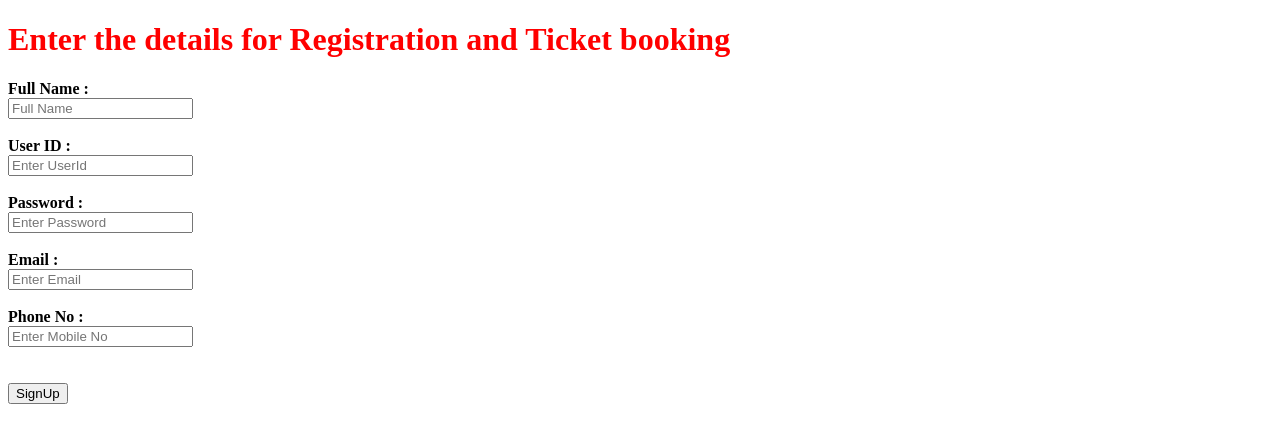
Repository: Shivani2392/FlyAwayProject
Page: http://localhost/FlightBookingPortal/UserResgistrationPage.jsp
The author's editor kept a copy of each file at every save. The page is drawn from the files as they stood at one save, then again after the next save.
The browser window is 1280 px wide. The pictures show the whole page.
The page is served by Tomcat 9.

Above is the page before, as saved 2020-11-19 13:45:43.

After the next save:
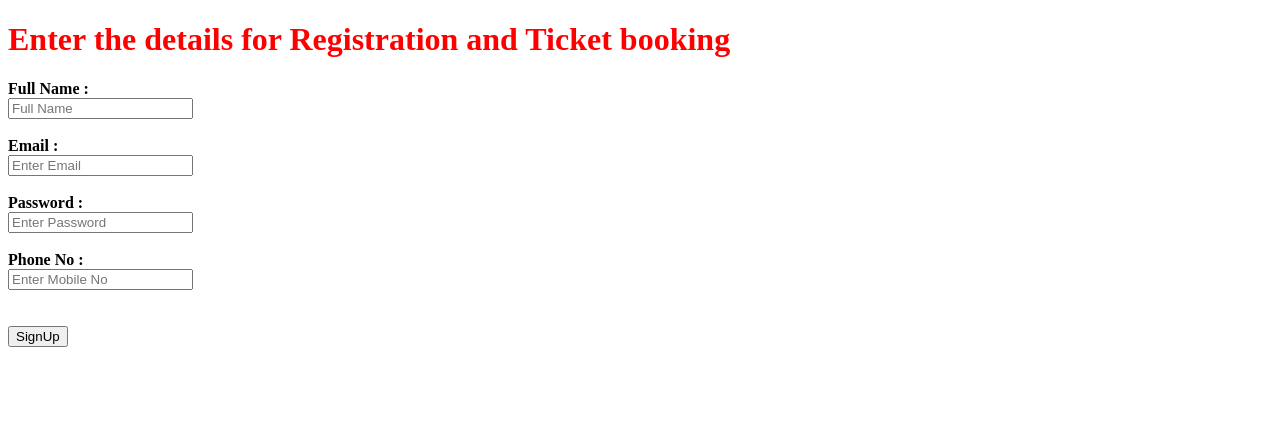
Saved 34 s later.
--- a/FlightBookingPortal/src/main/webapp/UserResgistrationPage.jsp
+++ b/FlightBookingPortal/src/main/webapp/UserResgistrationPage.jsp
@@ -12,14 +12,11 @@
       <label for="uname"><b>Full Name : </b></label><br>
       <input type="text" placeholder="Full Name" name="uname" required>
       <br><br>
-      <label for="id"><b>User ID : 	</b></label><br>
-      <input type="text" placeholder="Enter UserId" name="id" required>
+      <label for="mail"><b>Email : 	</b></label><br>
+      <input type="email" placeholder="Enter Email" name="mail" required>
       <br><br>
       <label for="psw"><b>Password : 	</b></label><br>
       <input type="password" placeholder="Enter Password" name="psw" required>
-      <br><br>
-      <label for="mail"><b>Email : 	</b></label><br>
-      <input type="email" placeholder="Enter Email" name="mail" required>
       <br><br>
       <label for="Add"><b>Phone No : 	</b></label><br>
       <input type="text" placeholder="Enter Mobile No" name="Add" required>
